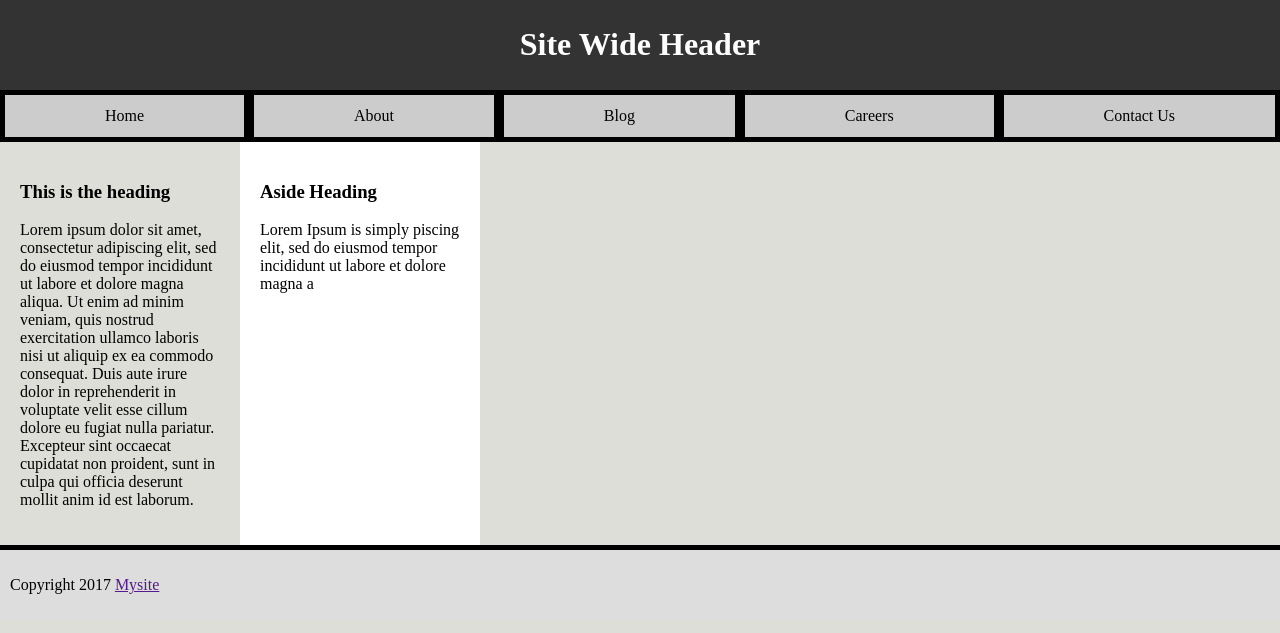
Repository: ayeza-baseer/AssignmentFlexbox
Page: assignment.html
An editor plug-in stored every save of this project. The page is shown before and after the next save, followed by the edit.
The browser window is 1280 px wide. The pictures show the whole page.

Above is the page before, as saved 2023-03-17 16:25:42.

### assignment.html
<!DOCTYPE html>
<html lang="en">
<head>
    <title>Assignment</title>
    <link rel="stylesheet" href="assignment.css">


</head>
<body>
<div>
    <header class="header"><h1>
        Site Wide Header
    </h1></header>
    <div class="navbar">
        <a href="#">Home</a>
        <a href="#">About</a>
        <a href="#">Blog</a>
        <a href="#">Careers</a>
        <a href="#">Contact Us</a>
      </div>
    <div class="row">
      <div class="main">
        <h3>This is the heading</h3>
        <p>Lorem ipsum dolor sit amet, consectetur adipiscing elit, sed do eiusmod tempor incididunt ut labore et dolore magna aliqua. Ut enim ad minim veniam, quis nostrud exercitation ullamco laboris nisi ut aliquip ex ea commodo consequat. Duis aute irure dolor in reprehenderit in voluptate velit esse cillum dolore eu fugiat nulla pariatur. Excepteur sint occaecat cupidatat non proident, sunt in culpa qui officia deserunt mollit anim id est laborum.</p>
      </div>
      <div class="aside">
        <h3>Aside Heading</h3>
        <p>Lorem Ipsum is simply  piscing elit, sed do eiusmod tempor incididunt ut labore et dolore magna a</p>
      </div>
    </div>


</div>



<footer class="footer">
    <p>Copyright 2017 <a href> Mysite</a></p>
</footer>

</body>
</html>

### assignment.css
.header {
  padding: 5px;
  background-color: #333;
  color: #ccc;

  text-align: center;

  color: white;
}

body {
  margin: 0;
  background-color: #deded8;
}

.navbar {
  display: flex;
  background-color: black;
}

.navbar a {
  color: black;

  background-color: #ccc;
  padding: 12px 12px;
  text-decoration: none;
  text-align: center;
  flex-grow: 1;
  border: 5px solid black;
}

.navbar a:hover {
  color: red;
  border: 5px solid red;
}

.row {
  display: flex;
  flex-wrap:wrap;

}

.row > .aside {
    width: 200px;
  background-color: white;

  padding: 20px;
}

/* Main column */
.row >.main {
    width: 200px;
  padding: 20px;
}

.footer {

    padding: 10px;
    border-top: 5px solid black;
    background: #ddd;
  }




  @media  screen and (max-width: 700px) {
    .row > .aside {
        width:100%;
      }
      .row >.main {
        flex:1 1 100%;
        padding: 20px;
      }
      .navbar{
        display: none;
      }
  }

  /* @media screen and (min-width: 421px) {
    .navbar{
        order:1
      }
  } */

After the next save:
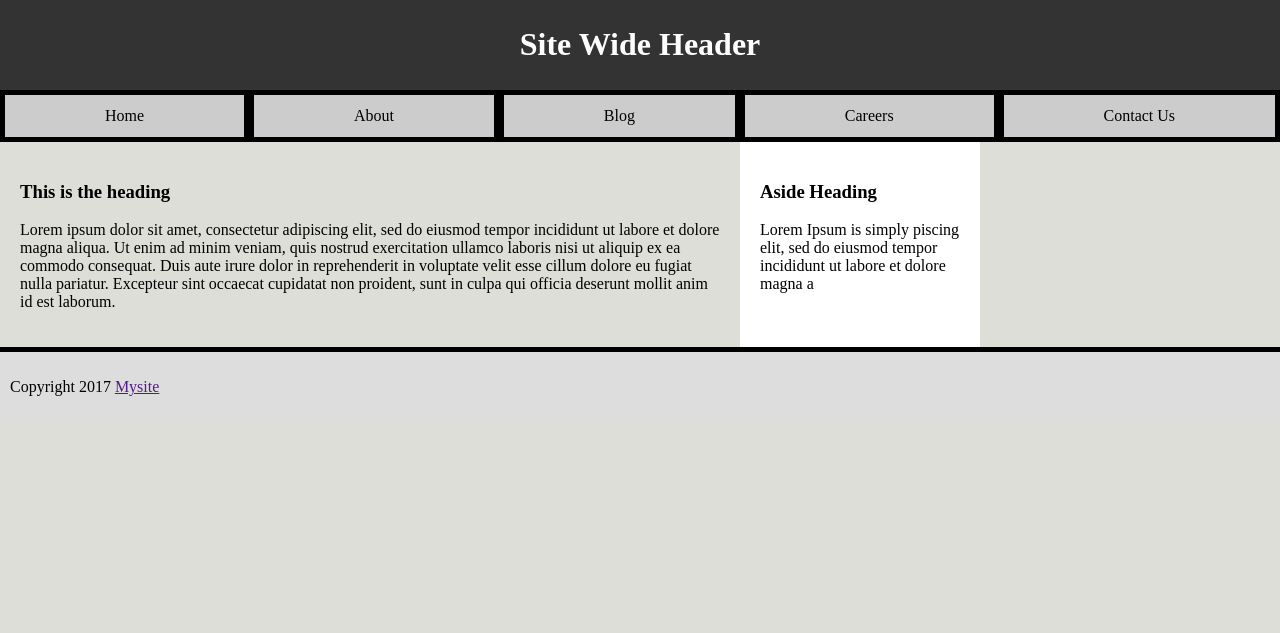
Saved 29 s later.
--- a/assignment.css
+++ b/assignment.css
@@ -49,7 +49,7 @@
 
 /* Main column */
 .row >.main {
-    width: 200px;
+    width: 700px;
   padding: 20px;
 }
 

After the save that followed:
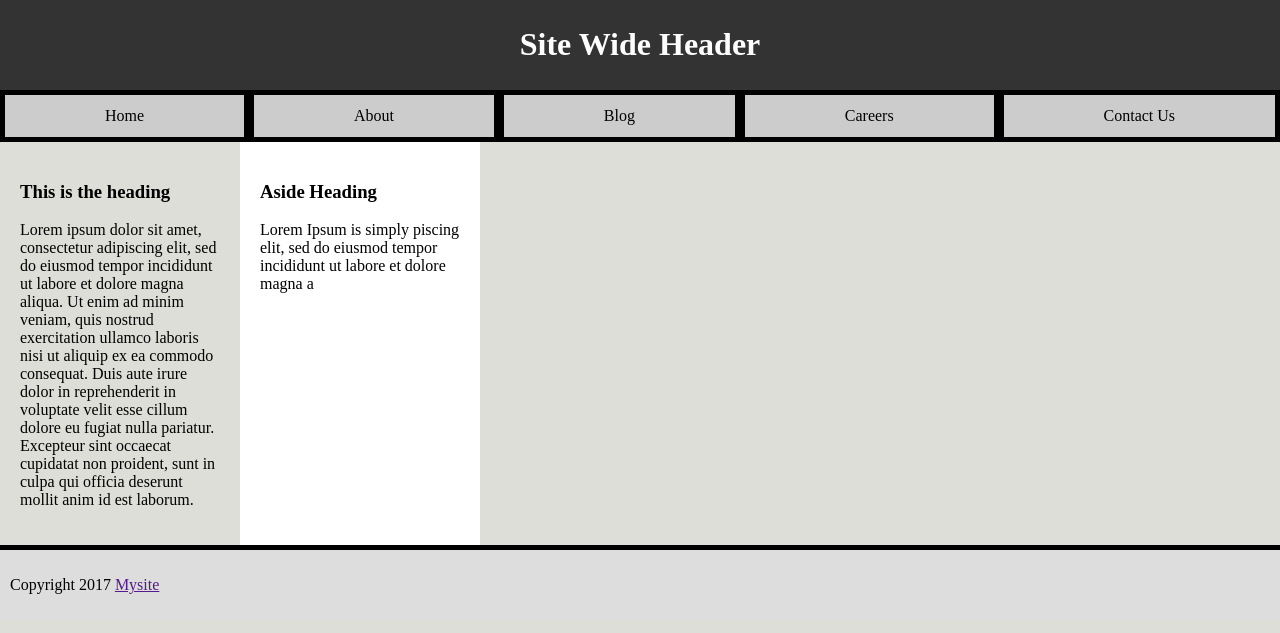
Saved 3 min 32 s later.
--- a/assignment.css
+++ b/assignment.css
@@ -49,7 +49,7 @@
 
 /* Main column */
 .row >.main {
-    width: 700px;
+   width: 200px;
   padding: 20px;
 }
 
